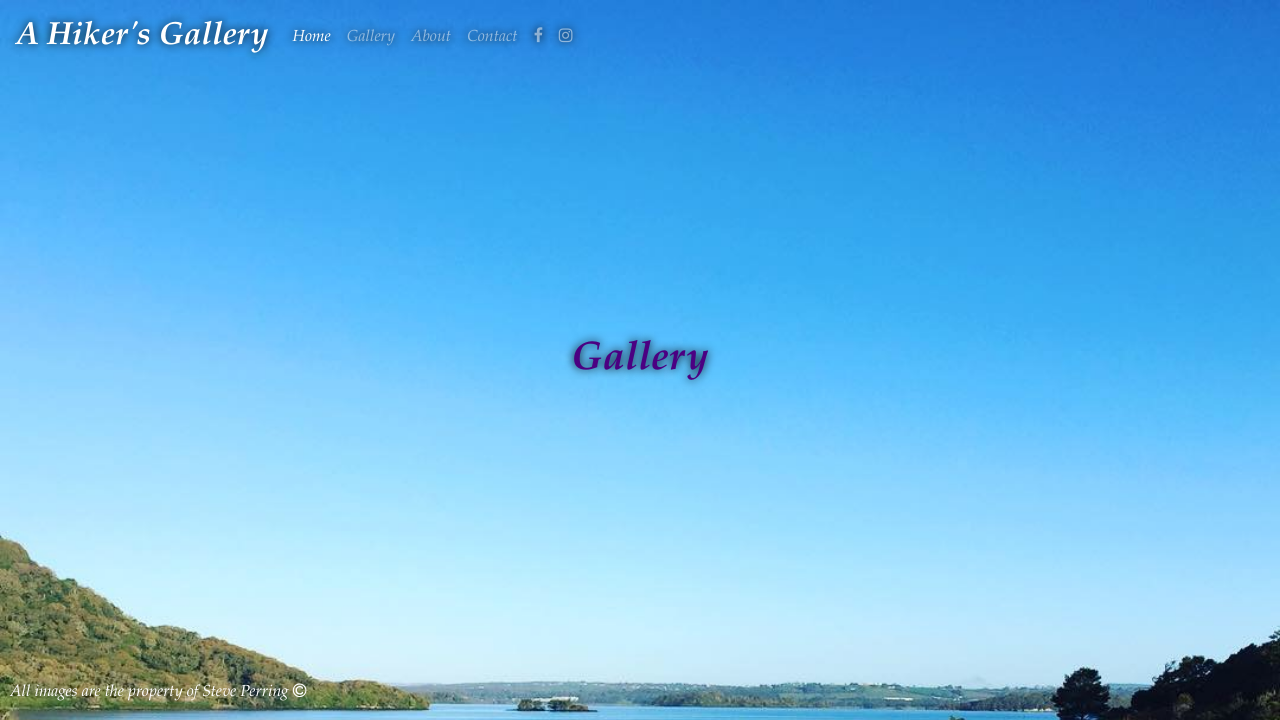
Repository: S-Perring/hiker
Page: index.html
The author's editor kept a record of every edit. The page is drawn from the files as they stood at one moment, then again after the next edit.
The browser window is 1280 px wide. The pictures show the whole page.

Above is the page before.

### index.html
<!DOCTYPE html>
<html lang="en">
<head>
    <meta charset="UTF-8">
    <meta name="viewport" content="width=device-width, initial-scale=1.0">
    <meta http-equiv="X-UA-Compatible" content="ie=edge">
    <link rel="stylesheet" href="https://stackpath.bootstrapcdn.com/bootstrap/4.3.1/css/bootstrap.min.css" type="text/css" />
    <link rel="stylesheet" href="https://stackpath.bootstrapcdn.com/font-awesome/4.7.0/css/font-awesome.min.css" type="text/css" />
    <link rel="stylesheet" href="https://cdnjs.cloudflare.com/ajax/libs/font-awesome/4.7.0/css/font-awesome.min.css">
    <link rel="stylesheet" href="css/style.css" type="text/css" />
    <title>Hiker's Gallery</title>
</head>

<body>

<header>
  <nav class="navbar fixed-top navbar-expand-sm navbar-dark scrolling-navbar">
    <a class="navbar-brand" href="#"><strong>A Hiker's Gallery</strong></a>
    <button class="navbar-toggler" type="button" data-toggle="collapse" data-target="#navbarSupportedContent"
      aria-controls="navbarSupportedContent" aria-expanded="false" aria-label="Toggle navigation">
      <span class="navbar-toggler-icon"></span>
    </button>
    <div class="collapse navbar-collapse" id="navbarSupportedContent">
      <ul class="navbar-nav">
        <li class="nav-item active">
          <a class="nav-link" href="index.html">Home <span class="sr-only">(current)</span></a>
        </li>
        <li class="nav-item">
          <a class="nav-link" href="gallery.html">Gallery</a>
        </li>
        <li class="nav-item">
          <a class="nav-link" href="about.html">About</a>
        </li>
        <li class="nav-item">
          <a class="nav-link" href="contact">Contact</a>
        </li>
      </ul>
      <ul class="navbar-nav nav-flex-icons">
        <li class="nav-item">
          <a class="nav-link"><i class="fa fa-facebook"></i></a>
        </li>
        <li class="nav-item">
          <a class="nav-link"><i class="fa fa-instagram"></i></a>
        </li>
      </ul>
    </div>
  </nav>

</header>

<section>
    <div class="main-pic">

        <div>
            <a class="explore" href="gallery.html">Gallery</a>
        </div>
    </div>


</section>

<footer class="fixed-bottom">
   <p>All images are the property of Steve Perring  <i class="fa fa-copyright"></i></p>
</footer>

    <script src="https://code.jquery.com/jquery-3.3.1.slim.min.js"></script>
    <script src="https://cdnjs.cloudflare.com/ajax/libs/popper.js/1.14.7/umd/popper.min.js"></script>
    <script src="https://stackpath.bootstrapcdn.com/bootstrap/4.3.1/js/bootstrap.min.js"></script>

</body>

</html>

### css/style.css
@import url('https://fonts.googleapis.com/css?family=Roboto:100,200,300,400,500,600,700|Exo:100,200,300,400,500,600,700');


.nav-link {
    font-family: Garamond;
    color: #4B0082;
    font-style: italic;
}


.main-pic {
    background-image: url(../css/images/IMG_5437.JPG);
    background-size: cover;
    max-width: 100%;
    height: 100vh;
    padding: 0;
    display: flex;
    align-items: center;
    justify-content: center;
    position: relative;
    background-repeat: no-repeat;

}


.navbar-brand {
    font-family: Garamond;
    font-size: 2em;
    font-style: italic;
}

.explore {
    font-family: Garamond;
    text-align: center;
    font-style: italic;
    font-size: 2.5em;
    font-weight: bolder;
    color: #4B0082;

}


a {
    text-decoration: none;
    background-color: transparent;
    text-shadow: 0 0 10px black;
}

footer {
    padding-left: 10px;
    position: relative;
    font-family: Garamond;
    font-style: italic;
    color: #fff;
    font-size: 1em;
}

a:hover {
  text-decoration: none;
  color: #fff;
  transition: 1s;

}

After the next edit:
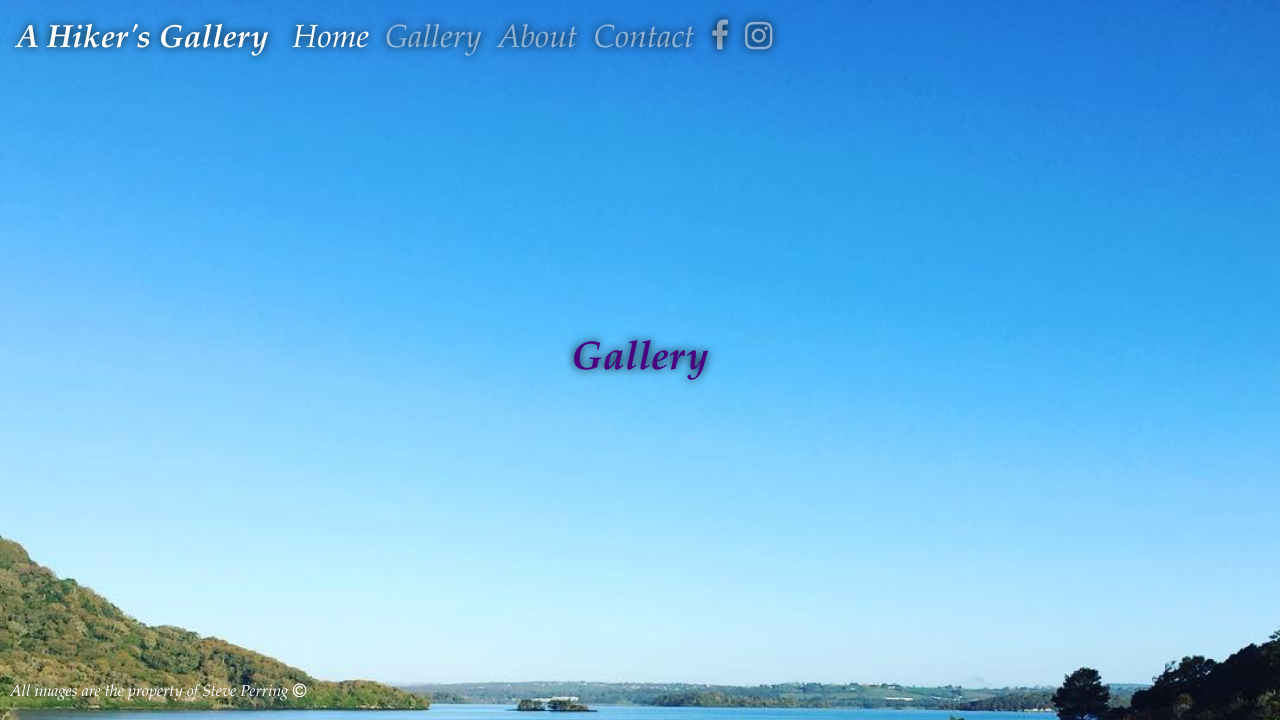
The edit:
--- a/css/style.css
+++ b/css/style.css
@@ -3,8 +3,8 @@
 
 .nav-link {
     font-family: Garamond;
-    color: #4B0082;
     font-style: italic;
+    font-size: 2em;
 }
 
 
